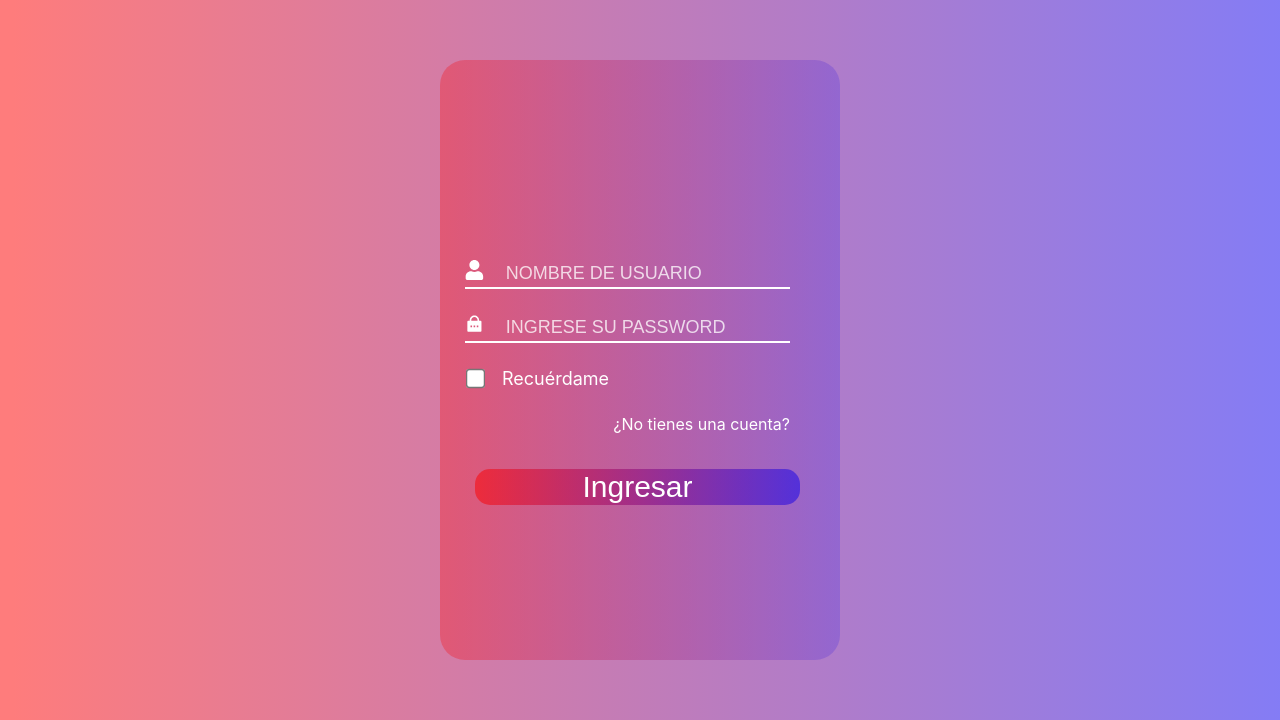
Repository: Davic1o/municipio
Page: /
These files come from the project's save history. The page is drawn as it stood at one moment and after the next save; the edit follows.
The browser window is 1280 px wide. The pictures show the whole page.
The project was rebuilt for these pictures with package versions that can differ from the ones it lists, and the page was loaded fresh each time.

Above is the page before, as saved 2024-02-05 23:08:31.

After the next save:
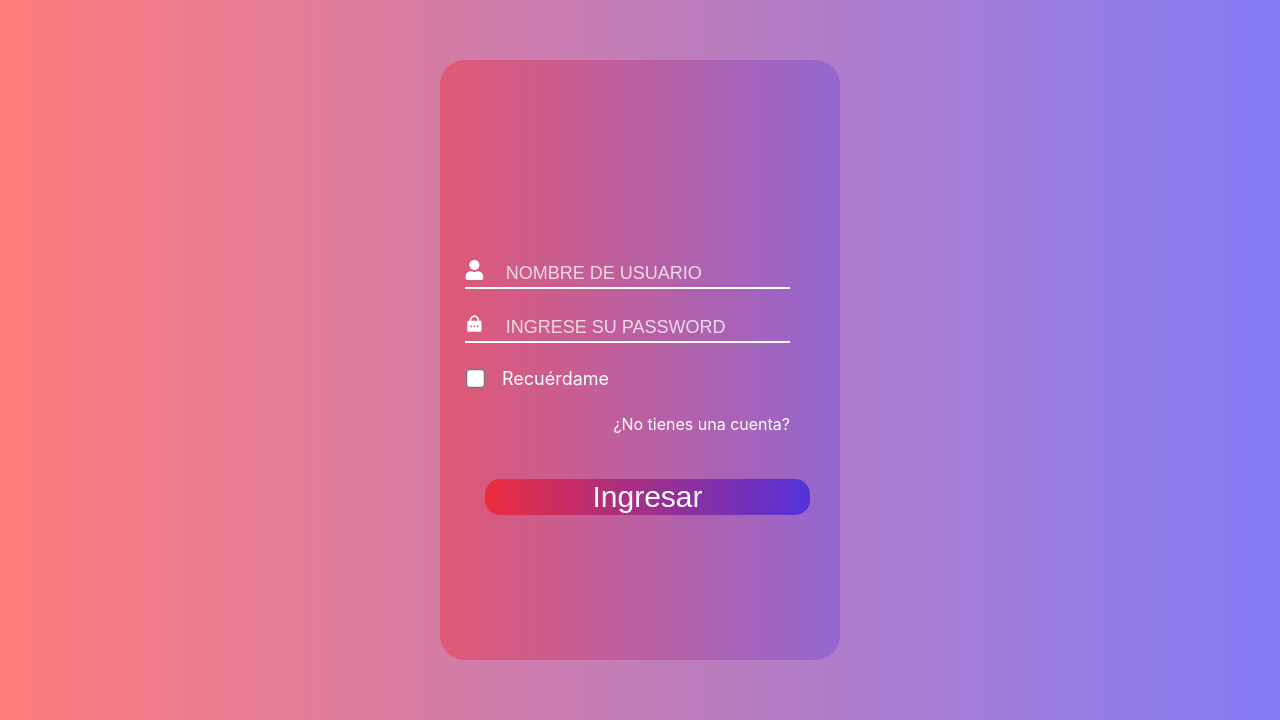
Saved 7 s later.
--- a/src/pages/Login/login.css
+++ b/src/pages/Login/login.css
@@ -79,7 +79,7 @@ color: rgba(255, 255, 255, 0.767);
     background: linear-gradient(to right, rgba(253, 0, 0, 0.514) 1%, rgba(16, 0, 235, 0.514));
     border-radius: 15px;
     width: 325px;
-    margin: 35px;
+    margin: 45px;
     display: flex;
     justify-content: center;
 }
